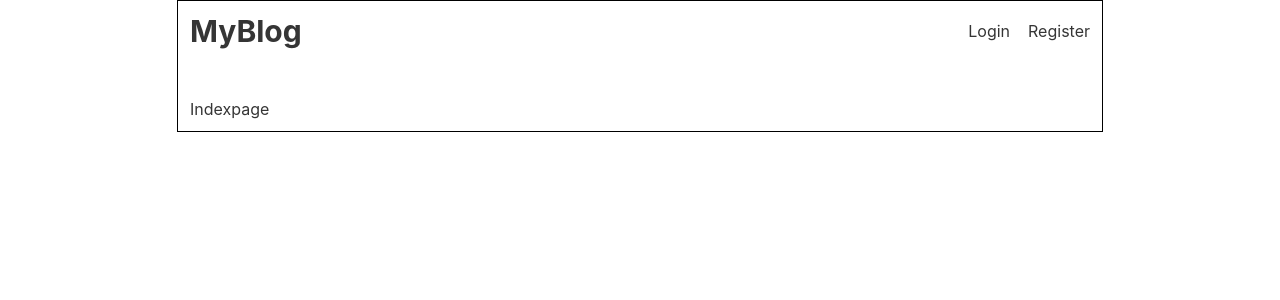
Repository: ateeque-219/BlogApp
Page: / (app in blogapp/)
An editor plug-in stored every save of this project. The page is shown before and after the next save, followed by the edit.
The browser window is 1280 px wide. The pictures show the whole page.
The project was rebuilt for these pictures with package versions that can differ from the ones it lists, and the page was loaded fresh each time. Imported but missing from the stored project, and not drawn on this page: blogapp/src/pages/Post.

Above is the page before, as saved 2024-01-09 12:34:41.

### blogapp/src/index.js
import React from 'react';
import ReactDOM from 'react-dom/client';
import './index.css';
import App from './App';
import  { BrowserRouter } from "react-router-dom";

const root = ReactDOM.createRoot(document.getElementById('root'));
root.render(
  <React.StrictMode>
   <BrowserRouter>
   <App />
   </BrowserRouter>
  </React.StrictMode>
);

### blogapp/src/App.js

import { Route, Routes } from 'react-router';
import './App.css';
import Layoutt from './Layoutt';
import Indexpage from './pages/Indexpage';
function App() {
  return (
    <Routes>
      <Route path="/" element={<Layoutt />}>
        <Route index element={<Indexpage />} />
        <Route path='/login' element={<div>login page</div>} />
      </Route>
    </Routes>
  );
}

export default App;

### blogapp/src/App.css
body{
  color: #353535;
}
img{
  max-width: 100%;
}
main{
  padding: 12px;
  max-width: 900px;
  margin:0 auto ;
  border: 1px solid black;
}
header{
 display: flex;
 justify-content: space-between;
 margin-bottom: 50px;
 align-items: center;
}
header a{
  text-decoration: none;
  color: inherit;
}
header a.logo{
  font-weight: bolder;
  font-size: 30px;
}
header nav{
  display: flex;
  gap: 18px;
}
div.post{
  display: flex;
  gap: 22px;
   margin-bottom: 44px;
}
div.texts{
  margin: 0;
  padding: 0;
}

.texts h2 {
  margin: 0;
}

.image {
  margin-top: 18px;
  width: 600px;
}
div.post p.info{
  margin: 5px 0;
  display: flex;
  gap: 5px;
  font-weight: bold;
  color: #888;
  font-size: 1rem;

}
div.post p.info a.author{
  color: #333;
}
div.post p.summary{
  margin:4px 0;
  line-height: 1.5rem;
}

### blogapp/src/Layoutt.js
import React from 'react'
import Head from './Head'
import { Outlet } from 'react-router-dom'
const Layoutt = () => {
  return (
    <main>
      <Head></Head>
      <Outlet/>
    </main>
  )
}

export default Layoutt

### blogapp/src/pages/Indexpage.js
 import React from 'react'
 import Post from "./Post"
 const Indexpage = () => {
   return (
     <div>Indexpage</div>
   )
 }

 export default Indexpage

### blogapp/src/Head.js
import React from 'react'
import { Link } from 'react-router-dom';
const Head = () => {
  return (
    <div><header>
    <Link to="/" className="logo">MyBlog</Link>
    <nav>
      <Link to="/login">Login</Link>
      <Link to="/register">Register</Link>
    </nav>
  </header></div>
  );
};
export default Head;

Loaded but not shown: blogapp/public/index.html (common file); blogapp/src/index.css (common file)

After the next save:
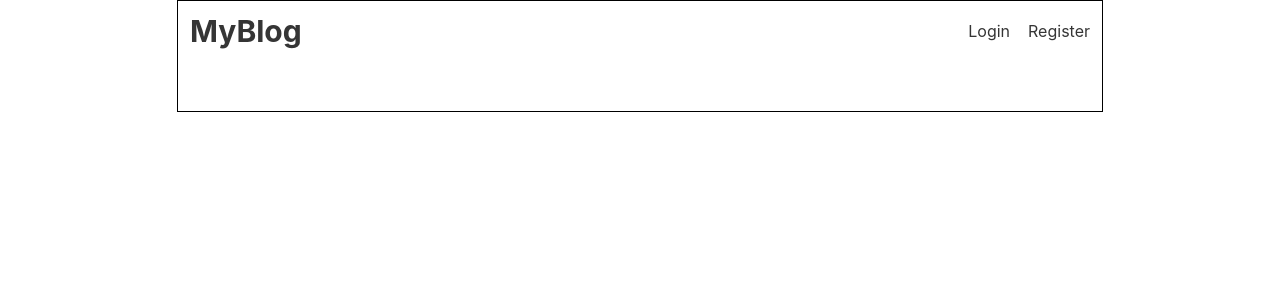
Saved 6 s later.
--- a/blogapp/src/pages/Indexpage.js
+++ b/blogapp/src/pages/Indexpage.js
@@ -2,7 +2,7 @@
  import Post from "./Post"
  const Indexpage = () => {
    return (
-     <div>Indexpage</div>
+     <div></div>
    )
  }
 
